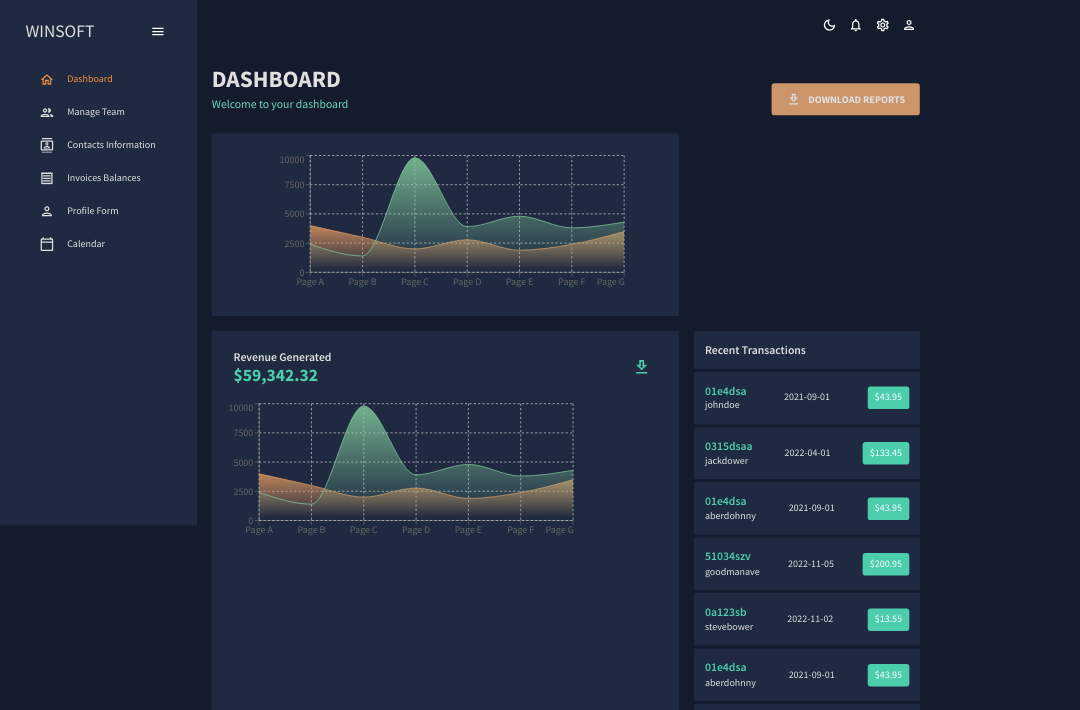
Repository: thamaraiselvan315731/winssoft
Page: /
These files come from the project's save history. The page is drawn as it stood at one moment and after the next save; the edit follows.
The browser window is 1280 px wide. The page is 1280 px wide, then 1480 px, so the pictures cover 1480 px, including what lies to the right of the window. The pictures show the whole page, at 73% of full size.
The project was rebuilt for these pictures with package versions that can differ from the ones it lists, and the page was loaded fresh each time. Also part of the build but not shown: src/pages/team/index.jsx, src/pages/invoices/index.jsx, src/pages/contacts/index.jsx, src/pages/form/index.jsx, src/components/LineChart.jsx, src/data/mockGeoFeatures.js, src/components/GeographyChart.jsx, src/components/BarChart.jsx and 3 more.

Above is the page before, as saved 2022-12-01 11:12:42.

After the next save:
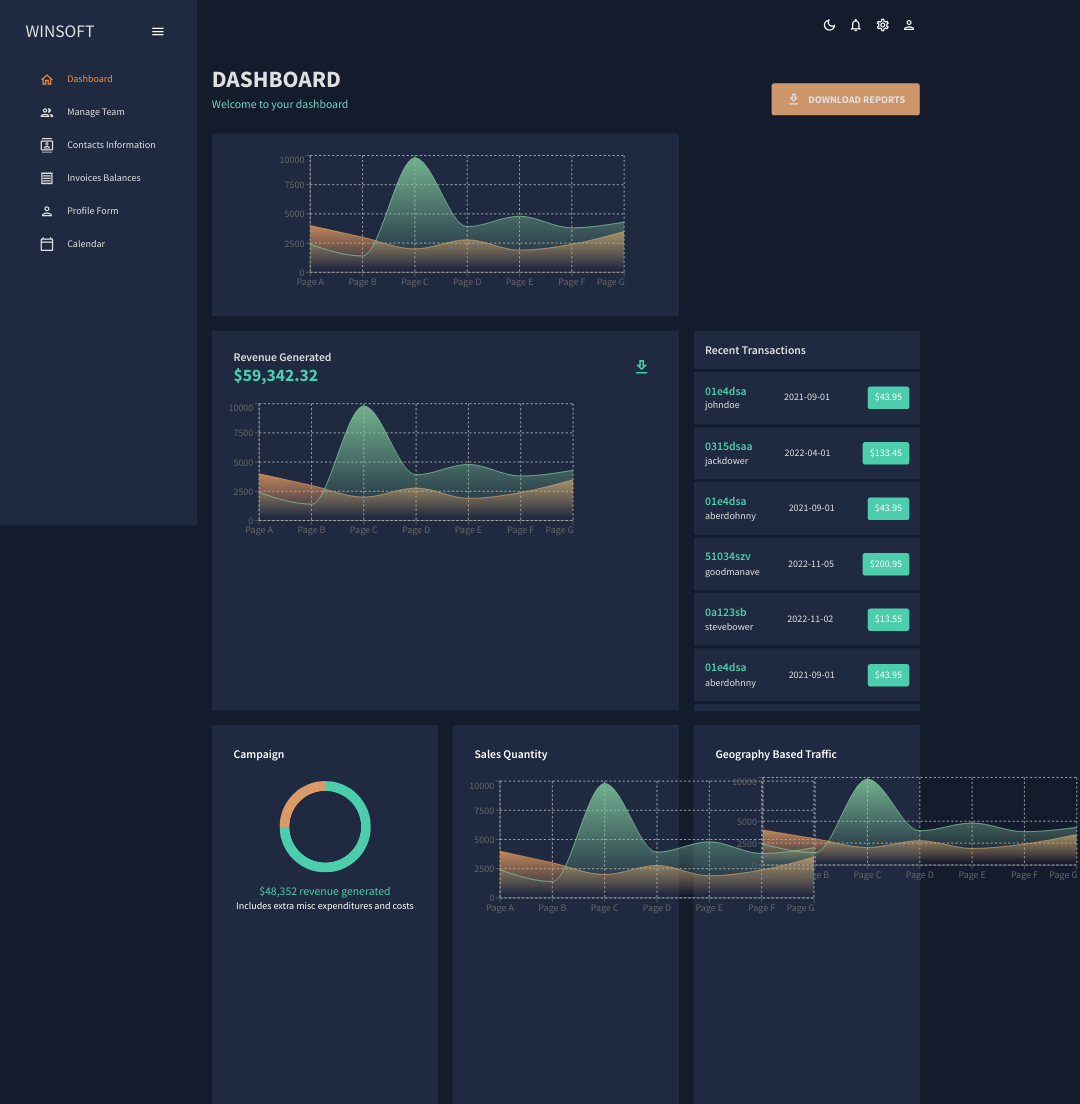
Saved 67 s later.
--- a/src/pages/dashboard/index.jsx
+++ b/src/pages/dashboard/index.jsx
@@ -211,7 +211,7 @@ const Dashboard = () => {
         </Box>
 
         {/* ROW 3 */}
-        {/* <Box
+        <Box
           gridColumn="span 4"
           gridRow="span 2"
           backgroundColor={colors.primary[400]}
@@ -249,8 +249,8 @@ const Dashboard = () => {
           >
             Sales Quantity
           </Typography>
-          <Box height="250px" mt="-20px">
-            <BarChart isDashboard={true} />
+          <Box height="250px" mt="20px">
+            <AreaCharts />
           </Box>
         </Box>
         <Box
@@ -267,9 +267,9 @@ const Dashboard = () => {
             Geography Based Traffic
           </Typography>
           <Box height="200px">
-            <GeographyChart isDashboard={true} />
-          </Box>
-        </Box> */}
+            <AreaCharts />
+          </Box>
+        </Box>
       </Box>
     </Box>
   );
